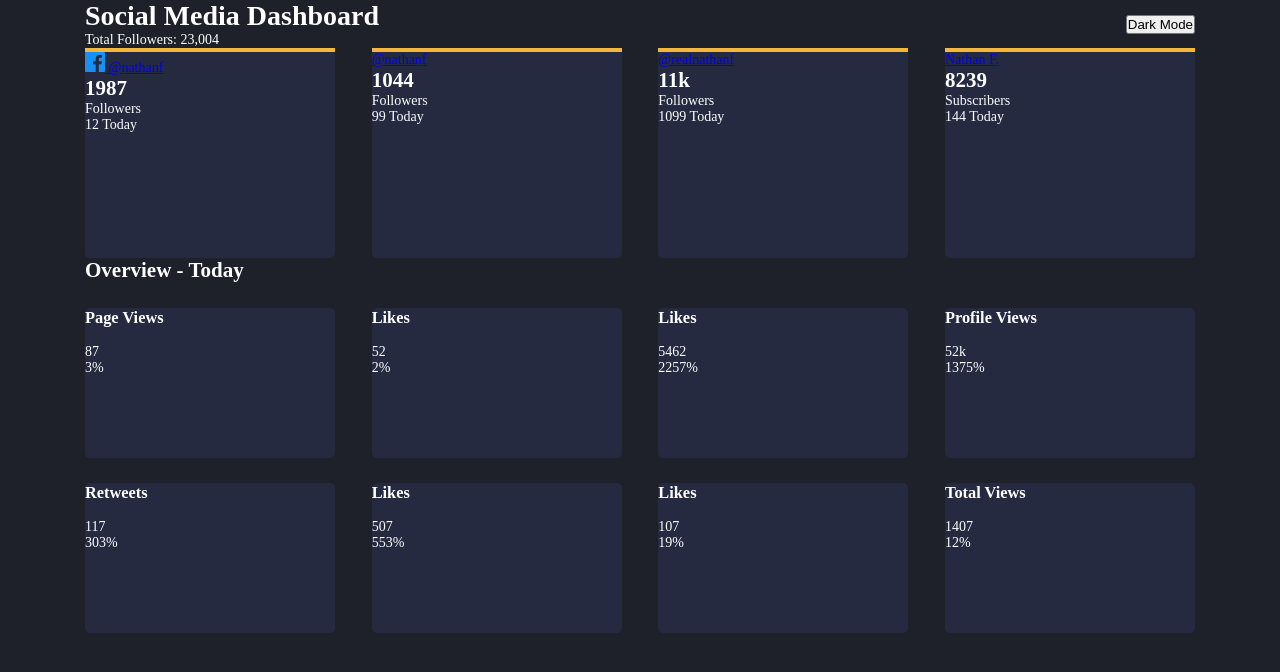
Repository: mamulini/social-media-dashboard-with-theme-switcher-master
Page: index.html
The author's editor kept a copy of each file at every save. The page is drawn from the files as they stood at one save, then again after the next save.
The browser window is 1280 px wide. The pictures show the whole page.

Above is the page before, as saved 2020-04-06 13:44:39.

### index.html
<!DOCTYPE html>
<html lang="en">

<head>
  <meta charset="UTF-8">
  <meta name="viewport" content="width=device-width, initial-scale=1.0">
  <link rel="icon" type="image/png" sizes="32x32" href="./images/favicon-32x32.png">
  <link rel="stylesheet" href="./css/style.css">
  <title>Frontend Mentor | [Challenge Name Here]</title>
</head>

<body>
  <main class="dashboard container">
    <header class="header">
      <div class="title">
        <h1 class="title__name">Social Media Dashboard</h1>
        <p class="title__total">Total Followers: 23,004</p>
      </div>
      <button class="theme" type="button">Dark Mode</button>
    </header>
    <div class="followers_block">
      <div class="folowers">

        <a class="followers__link" href="#"><svg xmlns="http://www.w3.org/2000/svg" width="20" height="20">
          <path fill="#178FF5" d="M18.896 0H1.104C.494 0 0 .494 0 1.104v17.793C0 19.506.494 20 1.104 20h9.58v-7.745H8.076V9.237h2.606V7.01c0-2.583 1.578-3.99 3.883-3.99 1.104 0 2.052.082 2.329.119v2.7h-1.598c-1.254 0-1.496.597-1.496 1.47v1.928h2.989l-.39 3.018h-2.6V20h5.098c.608 0 1.102-.494 1.102-1.104V1.104C20 .494 19.506 0 18.896 0z"/>
        </svg> @nathanf</a>
        <h2 class="followers__sum">1987</h2>
        <p class="followers__title">Followers</p>
        <p class="followers__today">12 Today</p>
      </div>
      <div class="folowers">
        <a class="followers__link" href="#">@nathanf
        </a>
        <h2 class="followers__sum">1044</h2>
        <p class="followers__title">Followers</p>
        <p class="followers__today">99 Today</p>
      </div>
      <div class="folowers">
        <a class="followers__link" href="#">@realnathanf


        </a>
        <h2 class="followers__sum">11k</h2>
        <p class="followers__title">Followers</p>
        <p class="followers__today">1099 Today</p>
      </div>
      <div class="folowers">
        <a class="followers__link" href="#">Nathan F.
        </a>
        <h2 class="followers__sum">8239</h2>
        <p class="followers__title">Subscribers</p>
        <p class="followers__today">144 Today</p>
      </div>

    </div>
    <div class="overview">
      <h2 class="overview__title">Overview - Today</h2>
    </div>
    <div class="likes_counter">
      <div class="likes">
        <h3 class="likes__title">Page Views</h3>
        <img src="" alt="" class="like__icon">
        <p class="likes__num">87</p>
        <p class="likes__procent">3%</p>
      </div>
      <div class="likes">
        <h3 class="likes__title">Likes</h3>
        <img src="" alt="" class="like__icon">
        <p class="likes__num">52</p>
        <p class="likes__procent">2%</p>
      </div>
      <div class="likes">
        <h3 class="likes__title">Likes</h3>
        <img src="" alt="" class="like__icon">
        <p class="likes__num">5462</p>
        <p class="likes__procent">2257%</p>
      </div>
      <div class="likes">
        <h3 class="likes__title">Profile Views</h3>
        <img src="" alt="" class="like__icon">
        <p class="likes__num">52k</p>
        <p class="likes__procent">1375%</p>
      </div>
      <div class="likes">
        <h3 class="likes__title">Retweets</h3>
        <img src="" alt="" class="like__icon">
        <p class="likes__num">117</p>
        <p class="likes__procent">303%</p>
      </div>
      <div class="likes">
        <h3 class="likes__title">Likes</h3>
        <img src="" alt="" class="like__icon">
        <p class="likes__num">507</p>
        <p class="likes__procent">553%</p>
      </div>
      <div class="likes">
        <h3 class="likes__title">Likes</h3>
        <img src="" alt="" class="like__icon">
        <p class="likes__num">107</p>
        <p class="likes__procent">19%</p>
      </div>
      <div class="likes">
        <h3 class="likes__title">Total Views</h3>
        <img src="" alt="" class="like__icon">
        <p class="likes__num">1407</p>
        <p class="likes__procent">12%</p>
      </div>
    </div>
  </main>
  <!-- <div class="attribution">
    Challenge by <a href="https://www.frontendmentor.io?ref=challenge" target="_blank">Frontend Mentor</a>.
    Coded by <a href="#">Your Name Here</a>.
  </div> -->
</body>

</html>

### css/style.css
*{
    padding: 0;
    margin: 0;
    box-sizing: border-box;
}

body{
    font-size: 14px;
    background: hsl(230, 17%, 14%);
    color: #ffffff;
}

.container{
    max-width: 1110px;
    margin: 0 auto;

}

.header{
    display: flex;
    justify-content: space-between;
    align-items: center;
}

.followers_block{
    display: flex;
    justify-content: space-between;
}

.folowers{
    width: 250px;
    height: 210px;
    border-top: 4px solid #178FF5;
    border-radius: 5px;
    background: hsl(228, 28%, 20%);
    border-image: linear-gradient(#f6b73c, #4d9f0c) 5;
}

.likes_counter{
    display: flex;
    justify-content: space-between;
    flex-wrap: wrap;
}

.likes{
    flex: 0 0 calc(25% - #{$gap});
    width: 250px;
    height: 150px;
    background:  hsl(228, 28%, 20%);
    margin-top: 25px;
    border-radius: 5px;
}






.attribution { font-size: 11px; text-align: center; }
.attribution a { color: hsl(228, 45%, 44%); }

After the next save:
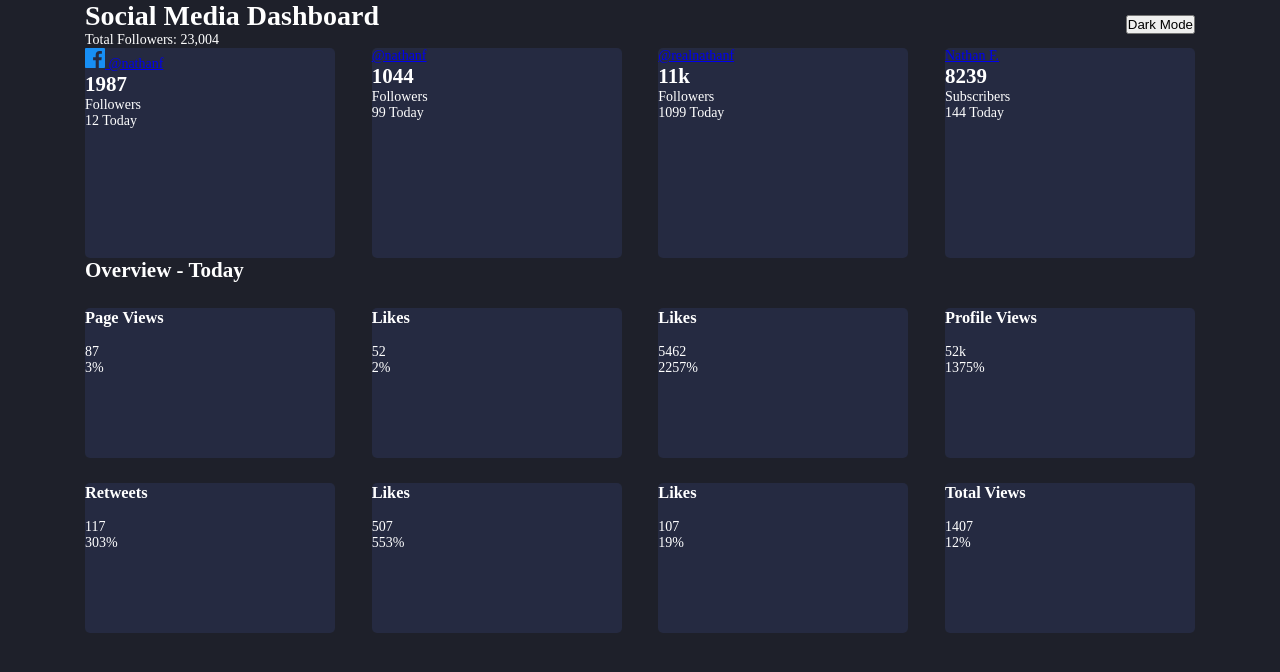
Saved 6 min 26 s later.
--- a/css/style.css
+++ b/css/style.css
@@ -30,7 +30,7 @@
 .folowers{
     width: 250px;
     height: 210px;
-    border-top: 4px solid #178FF5;
+    border-top: 4px solid linear-gradient(to left, #DF4896 0% , #EE877E 50%, #FDC366 100%);
     border-radius: 5px;
     background: hsl(228, 28%, 20%);
     border-image: linear-gradient(#f6b73c, #4d9f0c) 5;

After the save that followed:
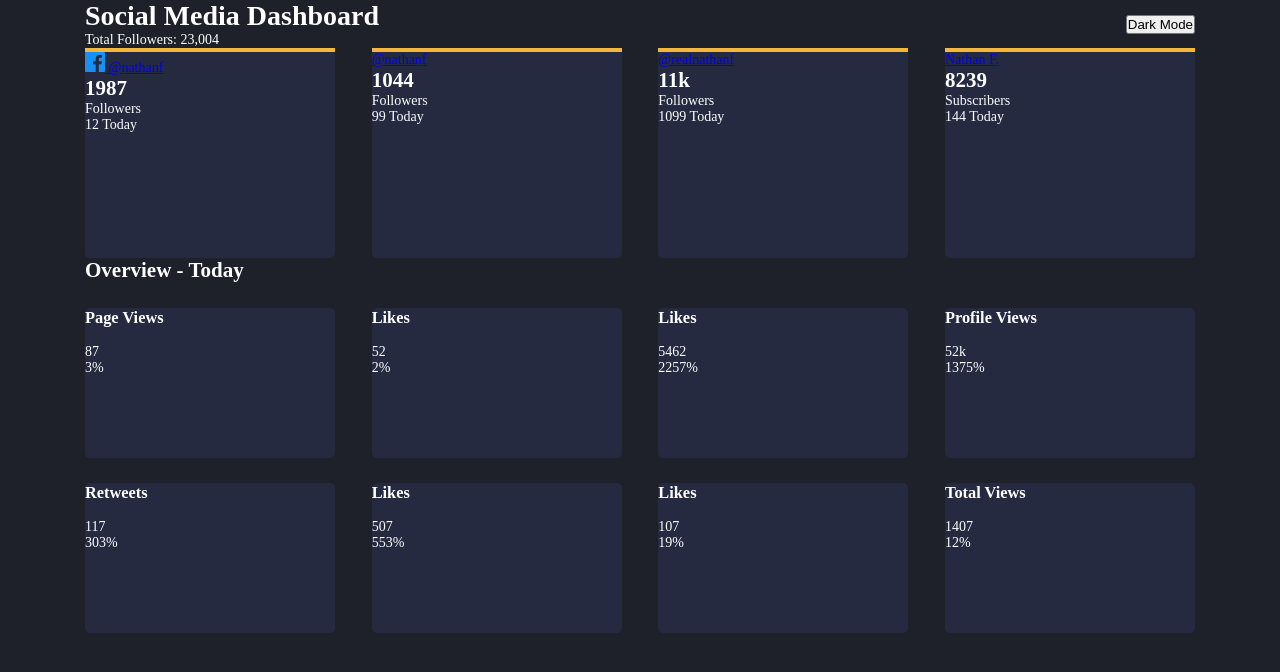
Saved 26 s later.
--- a/css/style.css
+++ b/css/style.css
@@ -30,7 +30,7 @@
 .folowers{
     width: 250px;
     height: 210px;
-    border-top: 4px solid linear-gradient(to left, #DF4896 0% , #EE877E 50%, #FDC366 100%);
+    border-top: 4px solid #178FF5;
     border-radius: 5px;
     background: hsl(228, 28%, 20%);
     border-image: linear-gradient(#f6b73c, #4d9f0c) 5;
